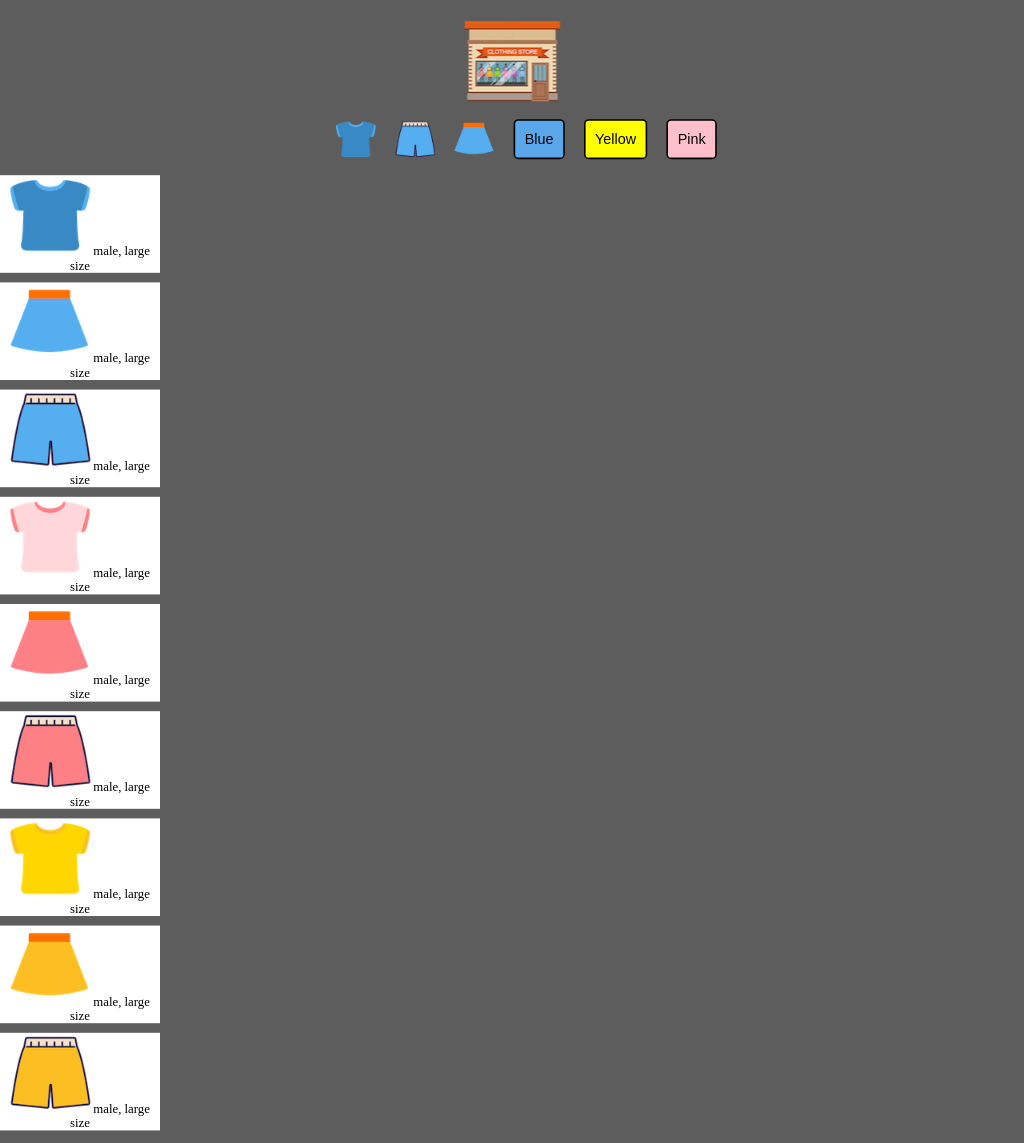
Repository: keehoonjung/Shoppingmall-Game
Page: index.html
The author's editor kept a copy of each file at every save. The page is drawn from the files as they stood at one save, then again after the next save.
The browser window is 1280 px wide. The pictures show the whole page, at 80% of full size.

Above is the page before, as saved 2021-08-12 13:45:03.

After the next save:
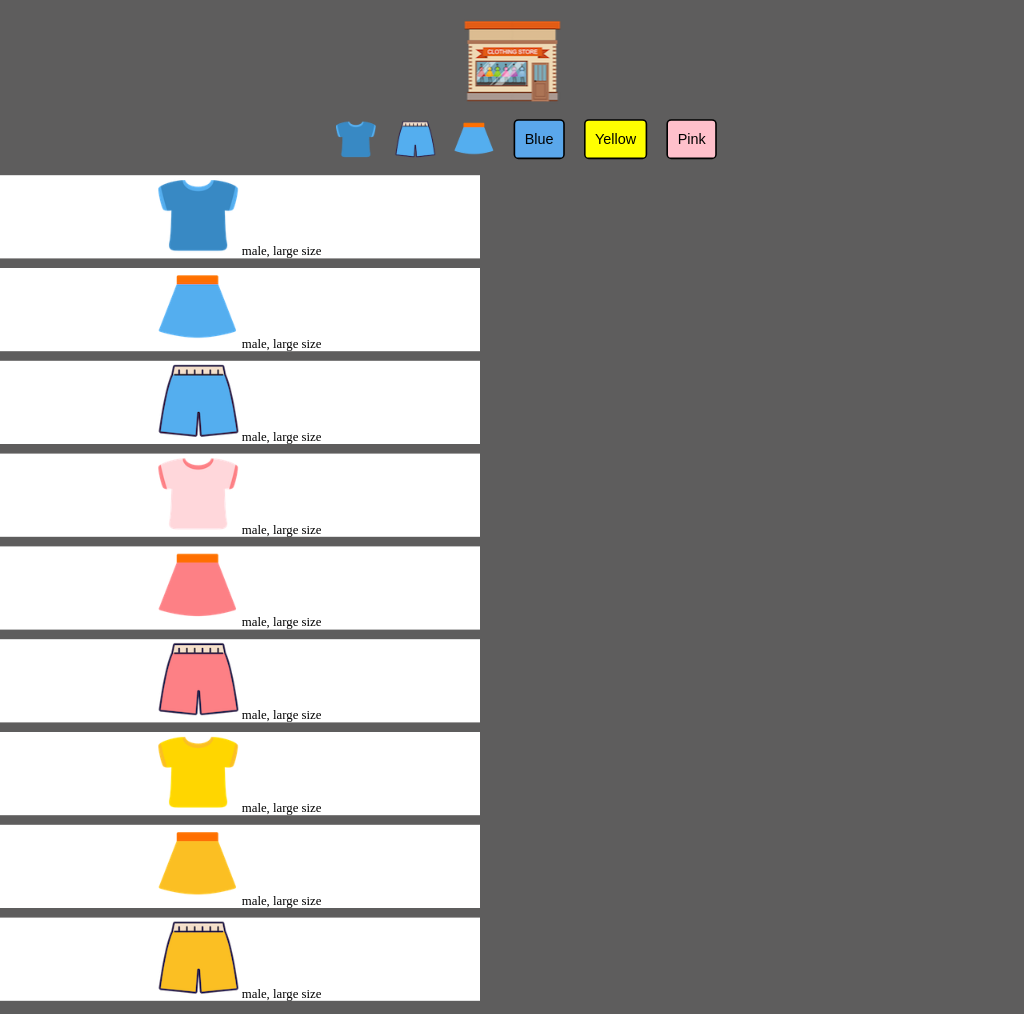
Saved 4 s later.
--- a/style.css
+++ b/style.css
@@ -65,5 +65,5 @@ header {
 .item {
   background-color: white;
   margin-bottom: 12px;
-  width: 200px;
+  width: 600px;
 }
